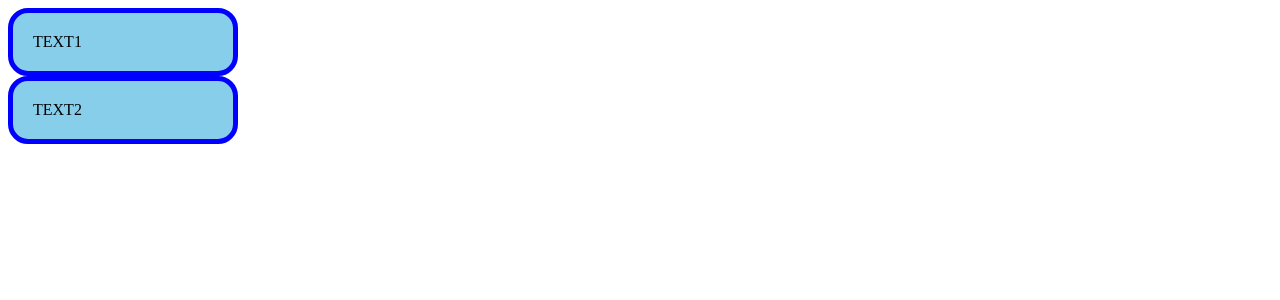
Repository: lixinso/html5
Page: workspace/CSS3/WebContent/background_border/background_border_radius.html
The author's editor kept a copy of each file at every save. The page is drawn from the files as they stood at one save, then again after the next save.
The browser window is 1280 px wide. The pictures show the whole page.

Above is the page before, as saved 2011-05-28 02:44:14.

### workspace/CSS3/WebContent/background_border/background_border_radius.html
<?xml version="1.0" encoding="UTF-8" ?>
<!DOCTYPE html PUBLIC "-//W3C//DTD XHTML 1.0 Transitional//EN" "http://www.w3.org/TR/xhtml1/DTD/xhtml1-transitional.dtd">
<html xmlns="http://www.w3.org/1999/xhtml">
<head>
<meta http-equiv="Content-Type" content="text/html; charset=UTF-8" />
<title>Insert title here</title>
<style type="text/css">

	div{
	border: solid 5px blue;
	border-radius: 20px;
	background-color: skyblue;
	padding: 20px;
	width: 180px;

	}



</style>
</head>
<body>
	<div class="div1">TEXT1</div>
	<div class="div2">TEXT2</div>
</body>
</html>

<!--  doesn't work with Chrome? Or something wrong? -->

After the next save:
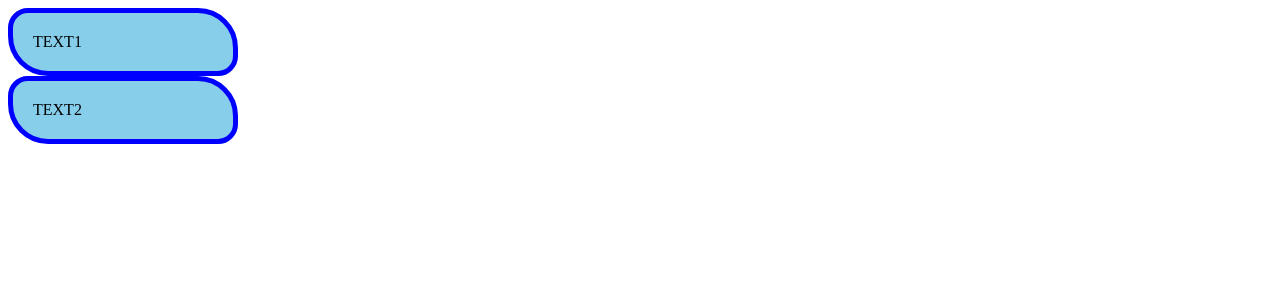
Saved 27 s later.
--- a/workspace/CSS3/WebContent/background_border/background_border_radius.html
+++ b/workspace/CSS3/WebContent/background_border/background_border_radius.html
@@ -8,7 +8,7 @@
 
 	div{
 	border: solid 5px blue;
-	border-radius: 20px;
+	border-radius: 20px 40px;
 	background-color: skyblue;
 	padding: 20px;
 	width: 180px;
